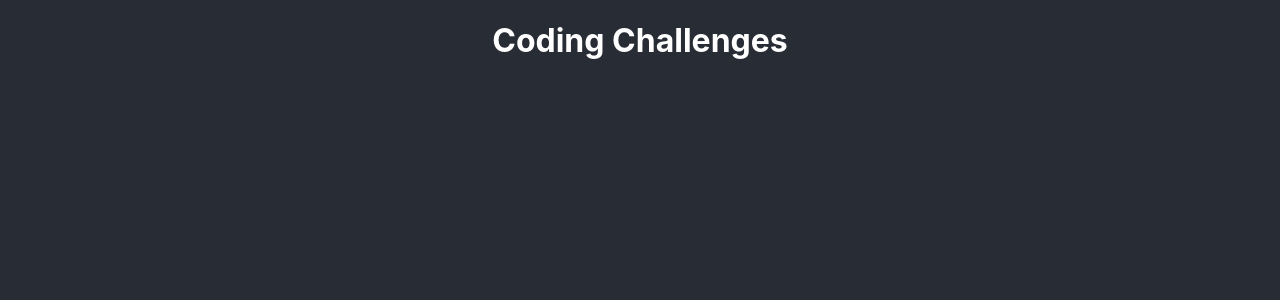
Repository: Valentina-Maraio/coding_challenges
Page: /
The author's editor kept a copy of each file at every save. The page is drawn from the files as they stood at one save, then again after the next save.
The browser window is 1280 px wide. The pictures show the whole page.
The project was rebuilt for these pictures with package versions that can differ from the ones it lists, and the page was loaded fresh each time.

Above is the page before, as saved 2024-07-05 11:45:17.

After the next save:
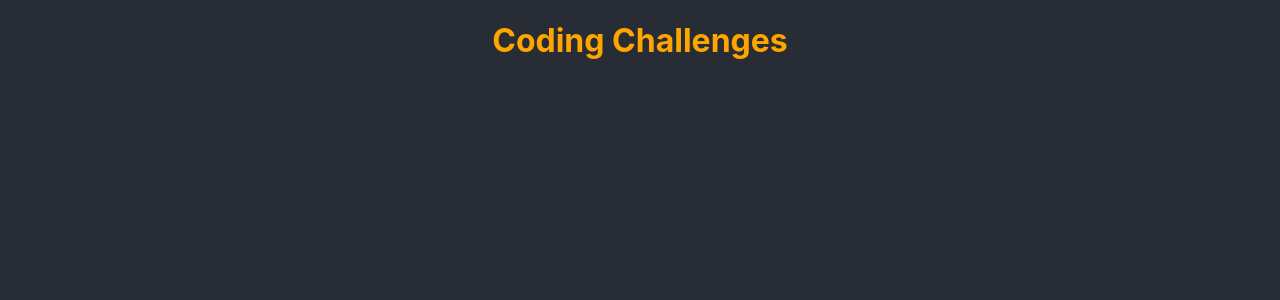
Saved 15 s later.
--- a/src/App.css
+++ b/src/App.css
@@ -7,3 +7,7 @@ body {
   justify-content: center;
   align-items: center;
 }
+
+.app_title {
+  color: orange;
+}
